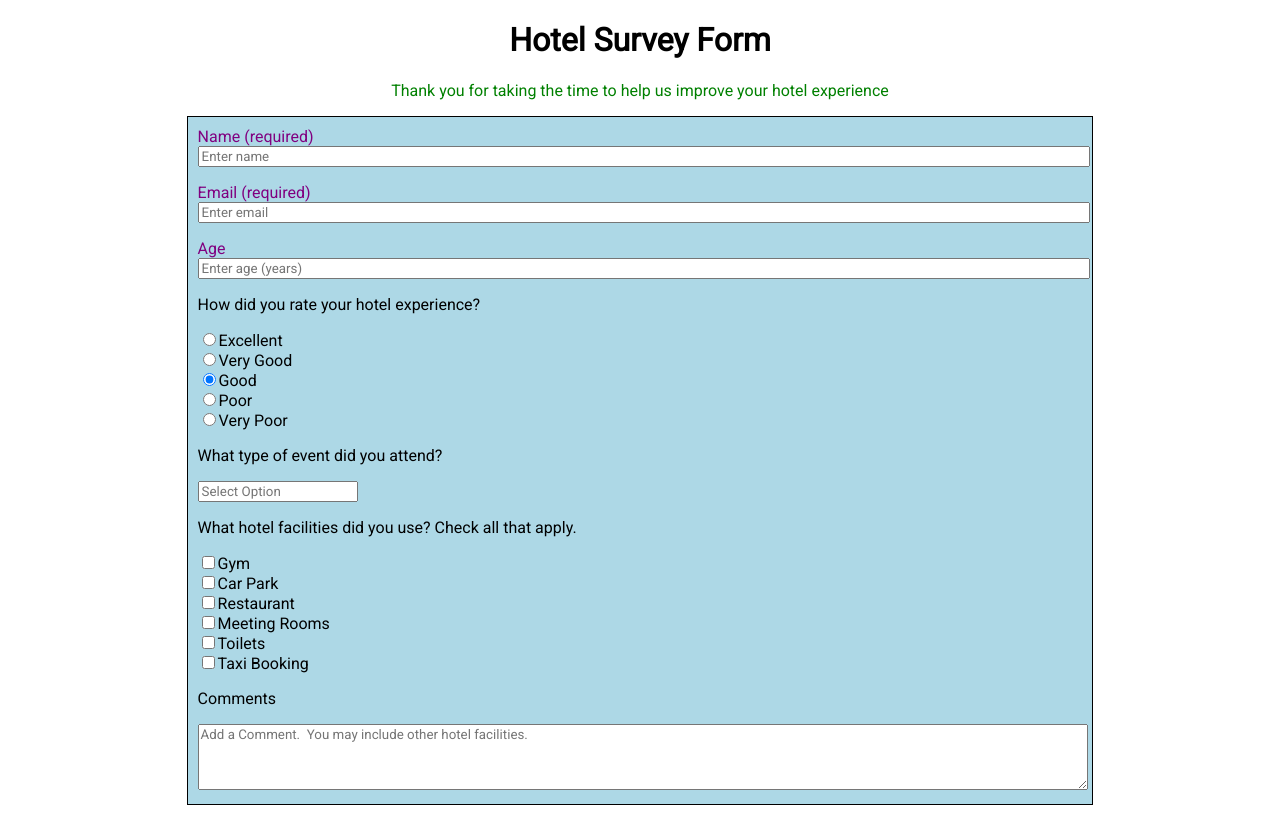
Repository: derektypist/survey-form
Page: index.html
The author's editor kept a record of every edit. The page is drawn from the files as they stood at one moment, then again after the next edit.
The browser window is 1280 px wide. The pictures show the whole page.

Above is the page before.

After the next edit:
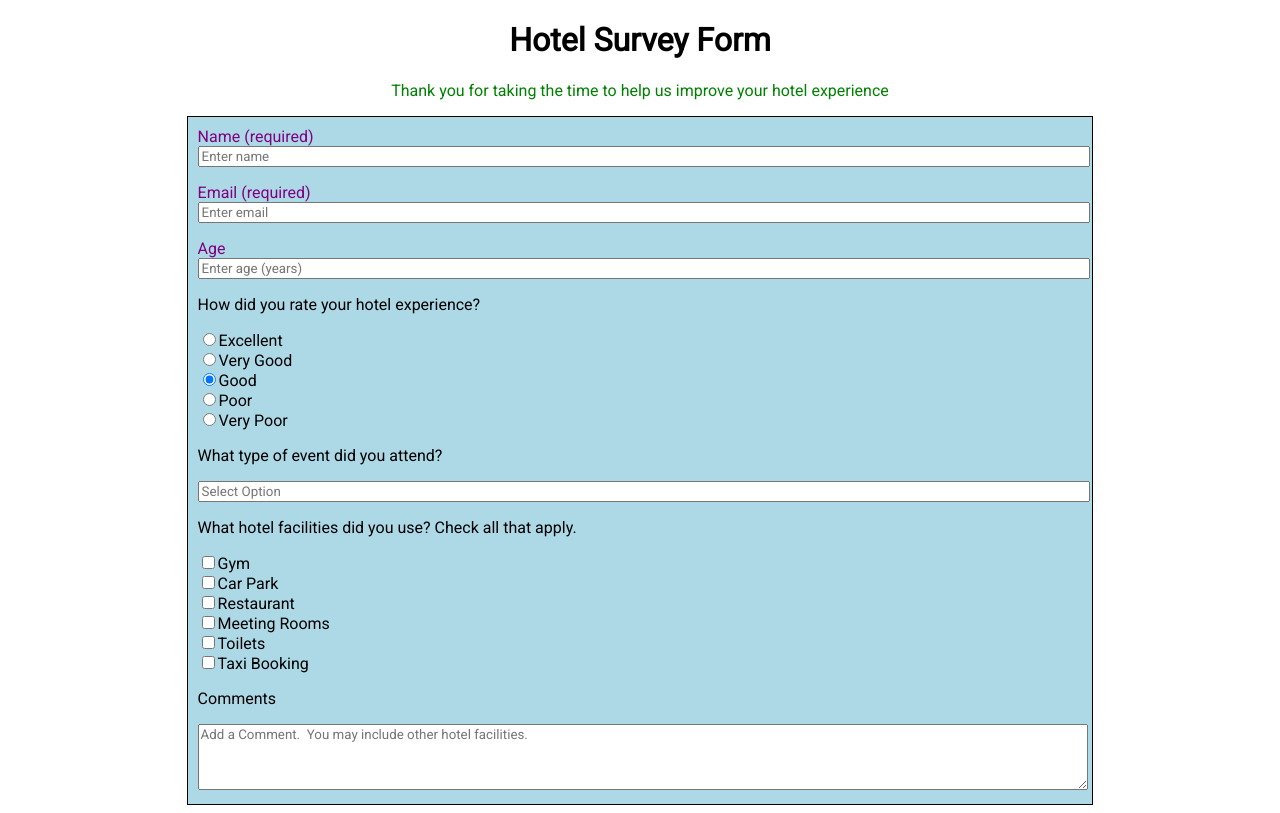
The edit:
--- a/index.html
+++ b/index.html
@@ -61,8 +61,9 @@
             font-family: "Roboto", Arial, Verdana, sans-serif;
         }
 
-        #dropdown {
+        input[list] {
             width: 100%;
+            font-family: "Roboto", Arial, Verdana, sans-serif;
         }
 
 
